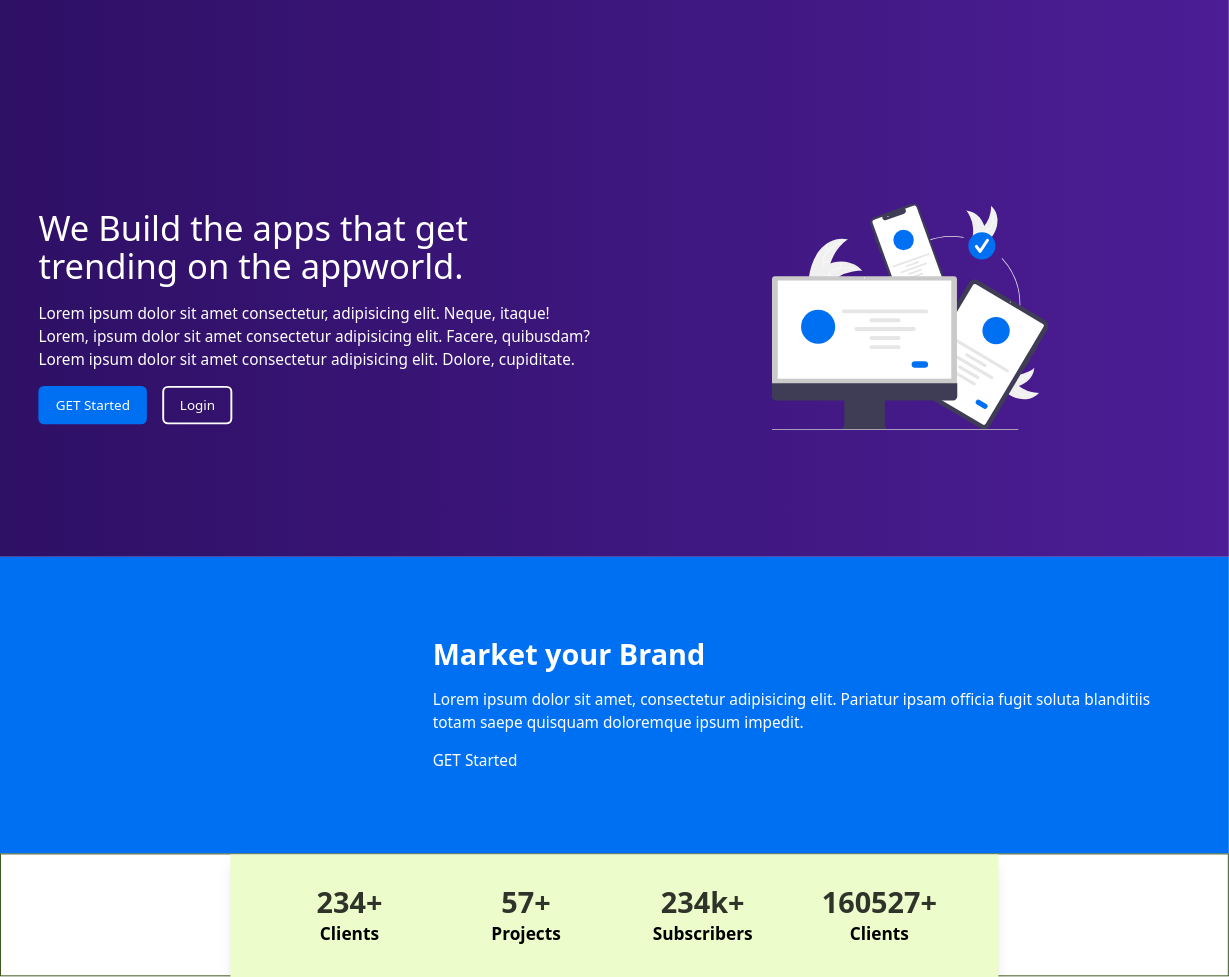
Repository: Kish202/Coz-Marketing-Site
Page: / (app in frontend/)
An editor plug-in stored every save of this project. The page is shown before and after the next save, followed by the edit.
The browser window is 1280 px wide. The pictures show the whole page, at 96% of full size.
The project was rebuilt for these pictures with package versions that can differ from the ones it lists, and the page was loaded fresh each time. Also part of the build but not shown: frontend/vite.config.js.

Above is the page before, as saved 2025-03-09 21:04:00.

### frontend/src/App.jsx
import { useState } from 'react'
import reactLogo from './assets/react.svg'
import viteLogo from '/vite.svg'
import './App.css'
import Service from './components/Service/Service'
import Hero from './components/Hero/Hero'
import BannerDetails from './components/BannerDetails.jsx/BannerDetails'

function App() {
  const [count, setCount] = useState(0)

  return (
<>
<Hero/>
<BannerDetails/>
   <Service/>

   </>
  )
}

export default App

### frontend/src/components/Service/Service.jsx
import React from 'react'
import CountUp from "react-countup"

const Service =() =>{
  return (
    <section className="container h-12 md:h-32 border border-lime-900">
     <div className="grid grid-cols-4 w-full place-self-center   bg-lime-100 p-2 shadow-lg dark:bg-violet-800 dark:text-white/70 md:max-w-[800px]  md:p-8">
    <div className="flex flex-col items-center justify-center " >



<h1 className="text-sm font-bold text-black/80 dark:text-white sm:text-lg md:text-3xl">
      <CountUp end={234} suffix="+" duration={2.75}/>

</h1>

<h1 className="sm:text-md text-xs font-bold md:text-lg">
Clients
</h1>




        </div>

        <div className="flex flex-col items-center justify-center">
  <h1 className="text-sm text-black/80 sm:text-lg md:text-3xl dark:text-white font-bold">
  <CountUp end={57} suffix="+" duratiion={2.75}/>  </h1>

    <h1 className="sm:text-md font-bold text-xs md:text-lg">
        Projects

        </h1>
            </div>

    <div className="flex flex-col items-center justify-center" >



        <h1 className="text-sm text-black/80 dark:text-white  sm:text-lg md:text-3xl font-bold">
<CountUp end={234}  suffix="k+" / >
        </h1>
<h1 className="font-bold  sm:text-md text-xs md:text-lg" >
Subscribers
</h1>


            </div>


<div className="flex flex-col items-center justify-center">
<h1 className="text-sm font-bold text-black/80 dark:text-white sm:text-lg md:text-3xl">
<CountUp start={-875.020}
end={160527.012} duration={2.75} separator="" suffix="+" />
</h1>


<h1 className="text-xs sm:text-md  font-bold md:text-lg ">
Clients
</h1>
</div>
</div>
    </section>
  )
}

export default Service

### frontend/src/components/Hero/Hero.jsx
import React from 'react'
import Banner from "../../assets/thebanner.svg"
function Hero() {
  return (
           <main className="bg-gradient-to-r  from-violet-950 to-violet-900 pt-20 dark:bg-violet-950">

<section className="container flex h-[650px] flex-col  items-center justify-center md:h-[500px] ">
<div className="grid grid-cols-1 items-center gap-8 dark:text-white md:grid-cols-2">



<div className="flex flex-col items-center gap-4 text-center text-white md:items-start md:text-left">

<h1 className="text-4xl">
    We Build the apps that get trending on the appworld.

</h1>

<p className=" *:">

Lorem ipsum dolor sit amet consectetur, adipisicing elit. Neque, itaque!
Lorem, ipsum dolor sit amet consectetur adipisicing elit. Facere, quibusdam?
Lorem ipsum dolor sit amet consectetur adipisicing elit. Dolore, cupiditate.

</p>


<div className="space-x-4">

       <button className="rounded-md border-2 border-primary bg-primary px-4 py-2 text-sm text-white transition-colors duration-300 hover:bg-primary/80">
   GET Started
    </button>

       <button className="rounded-md border-2 border-white px-4 py-2 text-sm text-white transition-colors duration-300" >

Login

    </button>
</div>

</div>

<div className="mx-auto max-w-xs p-4">

    <img src={Banner} alt="No image" className="hover:drop-shadow-md"/>


</div>


</div>
</section>



        </main>


  )
}

export default Hero

### frontend/src/components/BannerDetails.jsx/BannerDetails.jsx
import React from 'react'



function BannerDetails() {
  return (
    <main className="bg-primary">

        <section className="container py-8 md:py-12">


            <div className="grid grid-cols-1 items-center gap-4 sm:text-ellipsis md:grid-cols-3 md:gap-8">
<div className="order-2 flex flex-col items-center gap-4 text-center text-white md:col-span-2 md:items-start md:text-left">
<h1 className="text-3xl font-bold">
    Market your Brand

</h1>
<p className="">
Lorem ipsum dolor sit amet, consectetur adipisicing elit. Pariatur
 ipsam officia fugit soluta blanditiis totam saepe quisquam doloremque
 ipsum impedit.
</p>
<button classnName="rounded-md bg-white px-4 py-2 text-sm text-black transition-colors duration-300 hover:bg-white/90 ">
GET Started
</button>
</div>
<div  className="order-1">
<iframe
className="aspect-video w-full"
s  rc="https://www.youtube.com/watch?v=esaioTgia4Q&list=PPSV"
title="Youtube Video Player" frameborder="0" allow="accelerometer; autoplay; clipboard-write; encrypted-media; gyroscope; picture-in-picture; web-share allowfullscreen"></iframe>


</div>

            </div>



        </section>

    </main>
  )
}

export default BannerDetails

### frontend/tailwind.config.js
/** @type {import('tailwindcss').Config} */
export default {
  content: ["./index.html", "./src/**/*.{js,ts,jsx,tsx}"],
  darkMode: "class",
  theme: {
    extend: {
      screens: {
        xs: "480px",
      },
      colors: {
        primary: "#0070f3",
      },
    },

    container: {
      center: true,
      padding: {
        DEFAULT: "20px",
        md: "40px",
      },
    },
  },
  plugins: [],
};

Loaded but not shown: frontend/index.html (common file); frontend/src/main.jsx (common file); frontend/src/index.css (common file); frontend/src/App.css (common file)

After the next save:
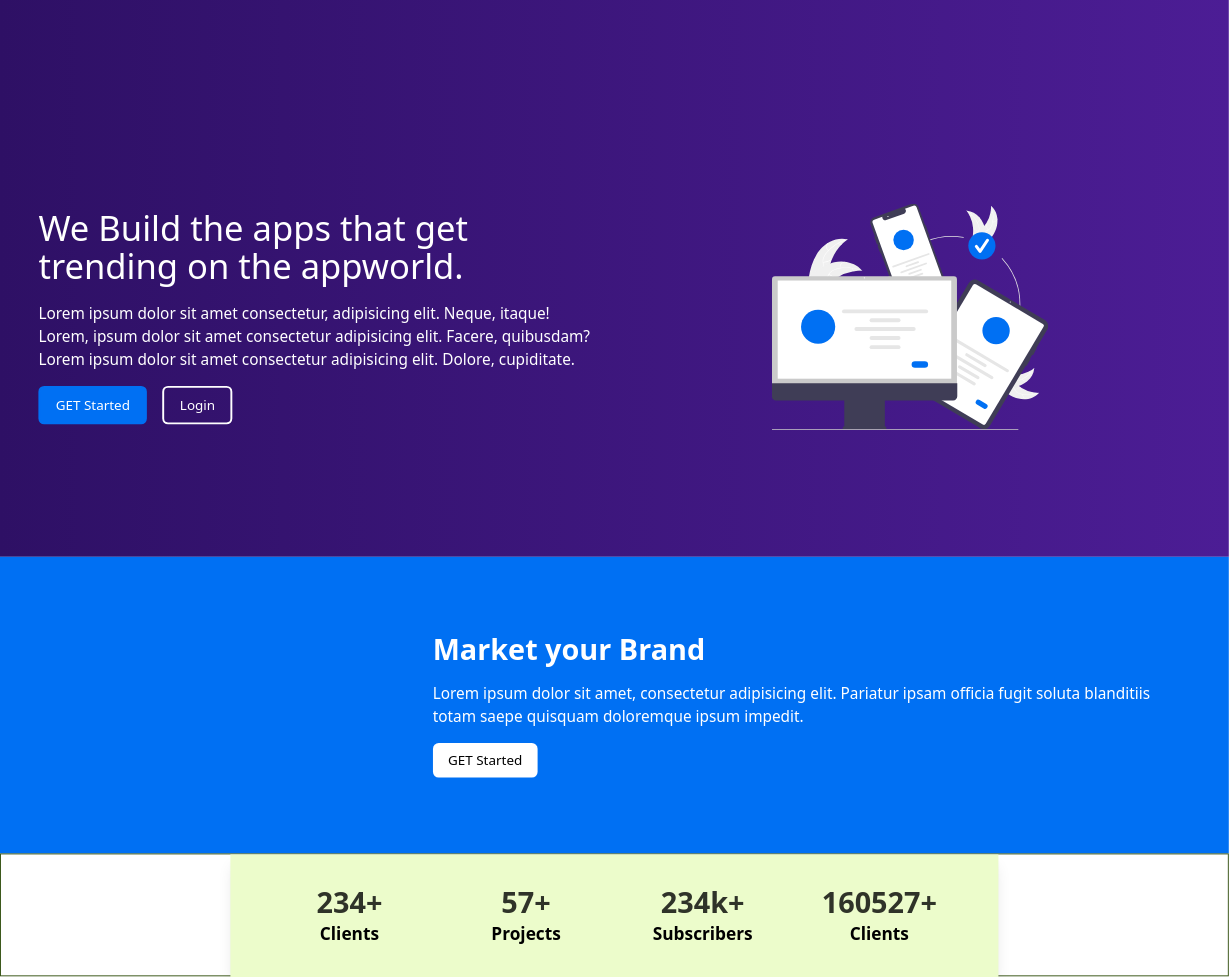
Saved 36 s later.
--- a/frontend/src/components/BannerDetails.jsx/BannerDetails.jsx
+++ b/frontend/src/components/BannerDetails.jsx/BannerDetails.jsx
@@ -20,7 +20,7 @@ Lorem ipsum dolor sit amet, consectetur adipisicing elit. Pariatur
  ipsam officia fugit soluta blanditiis totam saepe quisquam doloremque
  ipsum impedit.
 </p>
-<button classnName="rounded-md bg-white px-4 py-2 text-sm text-black transition-colors duration-300 hover:bg-white/90 ">
+<button className="rounded-md bg-white px-4 py-2 text-sm text-black transition-colors duration-300 hover:bg-white/90 ">
 GET Started
 </button>
 </div>
